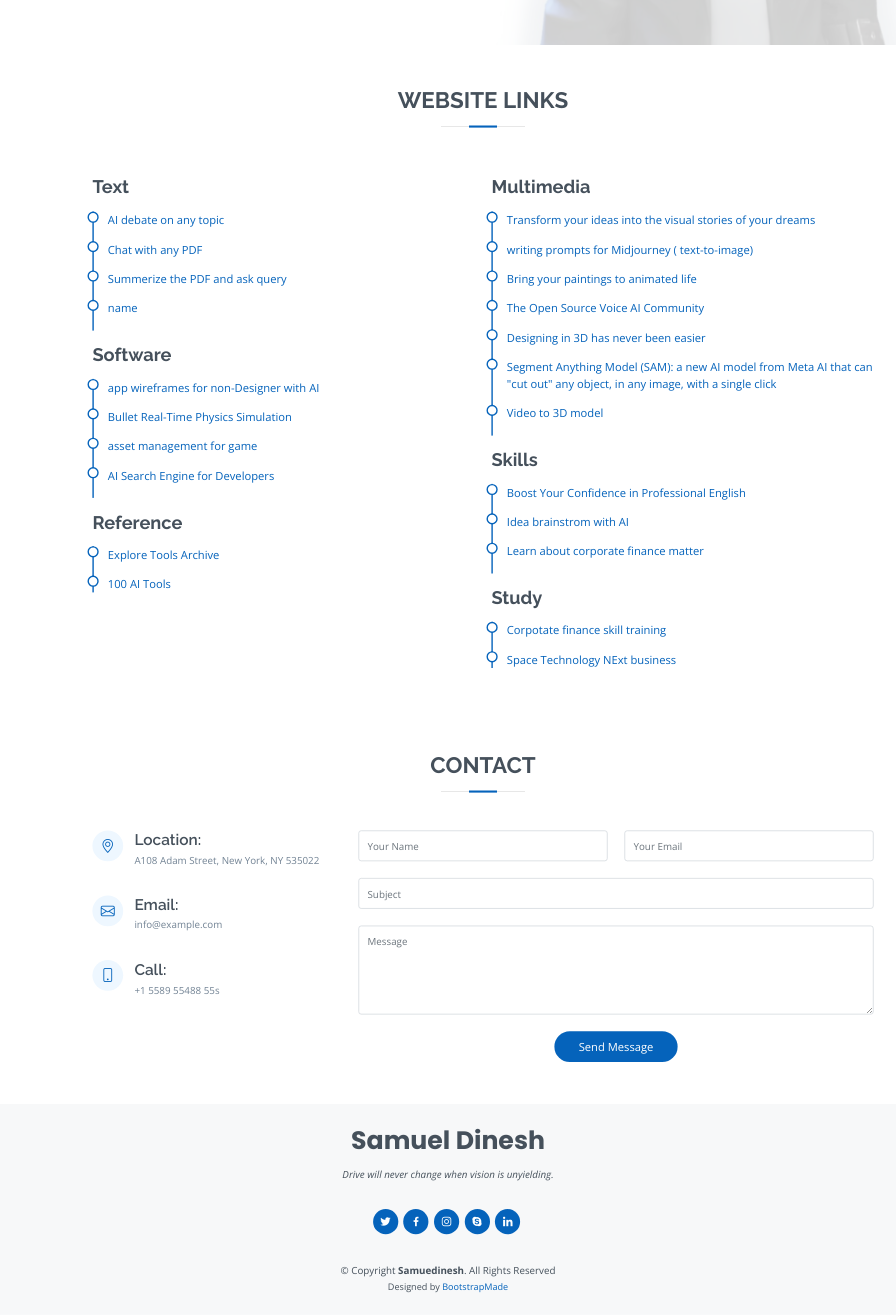
Repository: samueldinesh/web
Page: index.html
An editor plug-in stored every save of this project. The page is shown before and after the next save, followed by the edit.
The browser window is 1280 px wide. The pictures show the part of the page from y = 656 to 2576 px (the page is 2534 px tall before and 2576 px after), at 70% of full size.

Above is the page before, as saved 2023-04-06 14:46:12.

After the next save:
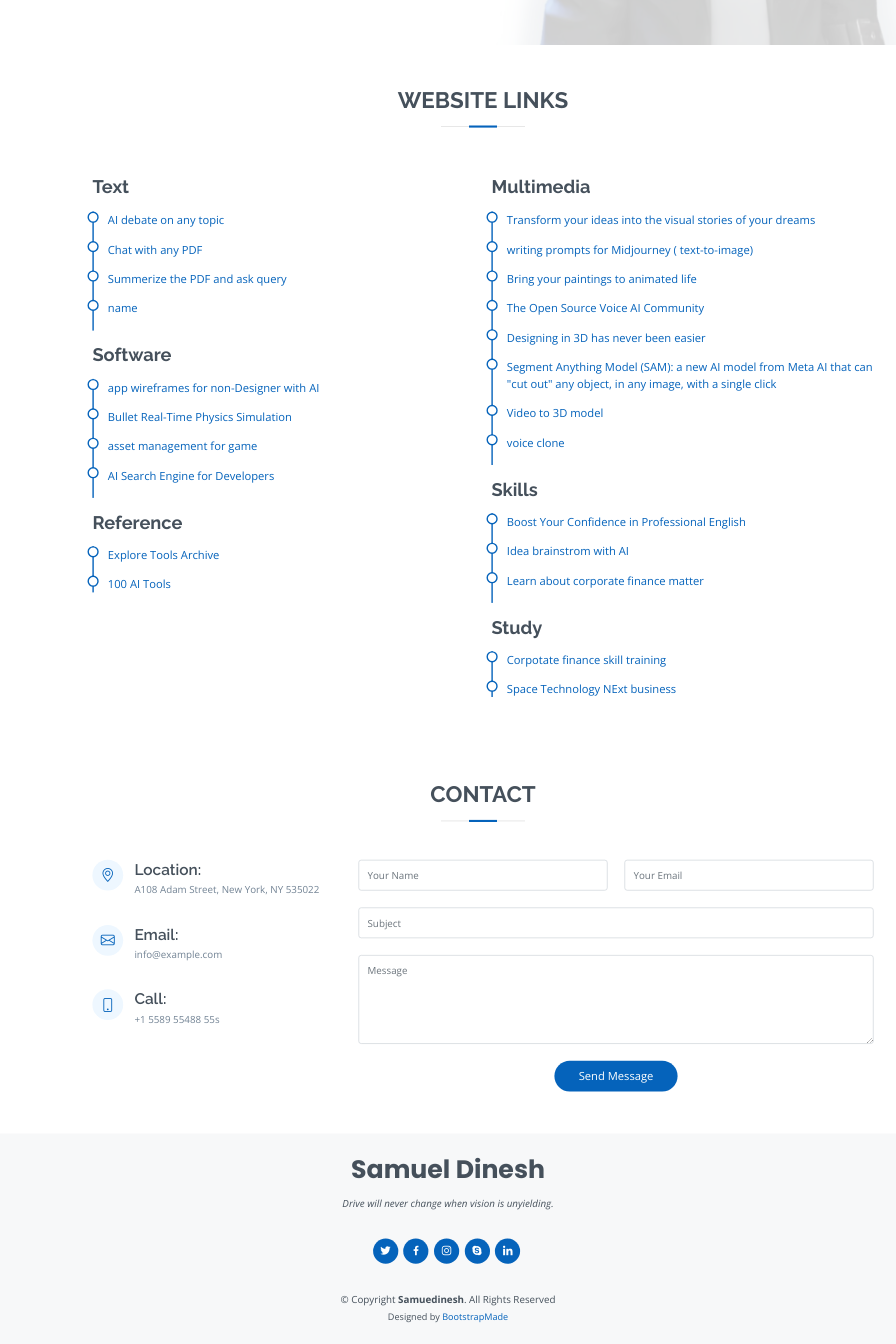
Saved 15 days later.
--- a/index.html
+++ b/index.html
@@ -152,6 +152,11 @@
             <div class="resume-item">
               <a href="https://lumalabs.ai/">Video to 3D model</a>
             </div>
+            <div class="resume-item">
+              <a href="https://www.myvocal.ai/my-voice">voice clone</a>
+            </div>
+
+
 
 
 
